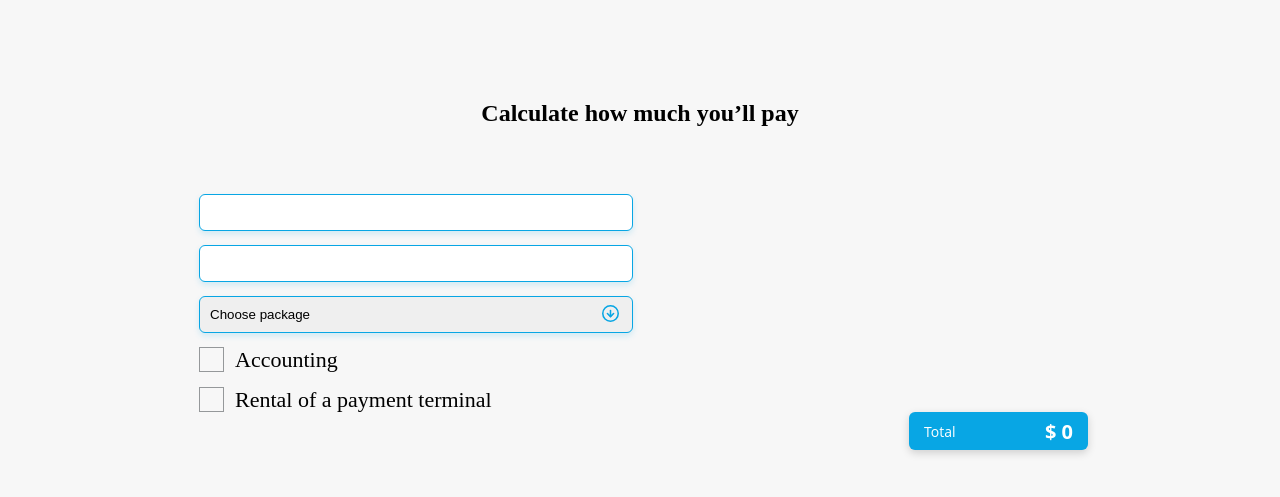
Repository: VolodymyrDubnytskyi/BestShop_project
Page: inedx2.html
These files come from the project's save history. The page is drawn as it stood at one moment and after the next save; the edit follows.
The browser window is 1280 px wide. The pictures show the whole page.
Pictures or frames that could not be fetched are drawn as grey boxes.

Above is the page before, as saved 2020-01-05 14:35:23.

After the next save:
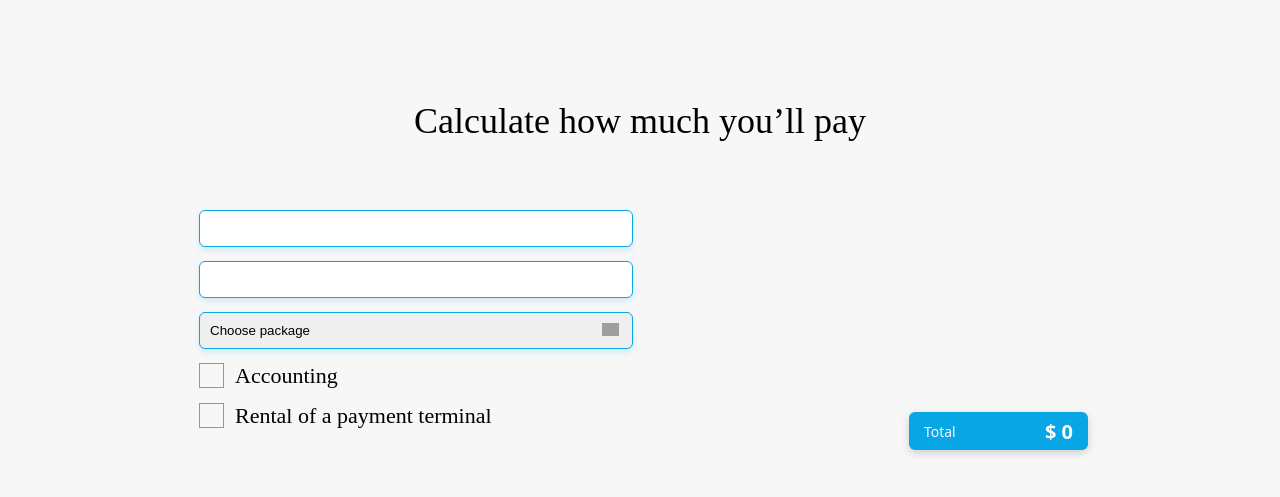
Saved 98 s later.
--- a/css/style.css
+++ b/css/style.css
@@ -469,11 +469,11 @@ h2.main-h2-second-arcticle {
   align-items: center;
 }
 .questions-box .mail-icon::before {
-  content: url(../img/Mail\ Icon.svg);
+  content: url(../img/Mail\Icon.svg);
   padding-right: 12px;
 }
 .questions-box .phone-icon::before {
-  content: url(../img/Phone\ Icon.svg);
+  content: url(../img/Phone\Icon.svg);
   padding-right: 10px;
   margin-left: 24px;
 }
@@ -613,6 +613,10 @@ form input:nth-child(2n) {
   flex-basis: 100%;
   text-align: center;
   margin-bottom: 60px;
+  text-align: center;
+  font: 400 36px/43px 'Raleway';
+  letter-spacing: 0;
+  color: #000000;
 }
 .calculate-box {
   flex-basis: 50%;
@@ -689,7 +693,7 @@ form input:nth-child(2n) {
   padding-left: 36px;
 }
 .selcet-package {
-  background-image: url(../img/Arrow\ Down.svg);
+  background-image: url(../img/Arrow\Down.svg);
   background-repeat: no-repeat;
   background-size: 4%;
   background-position-x: 97%;
